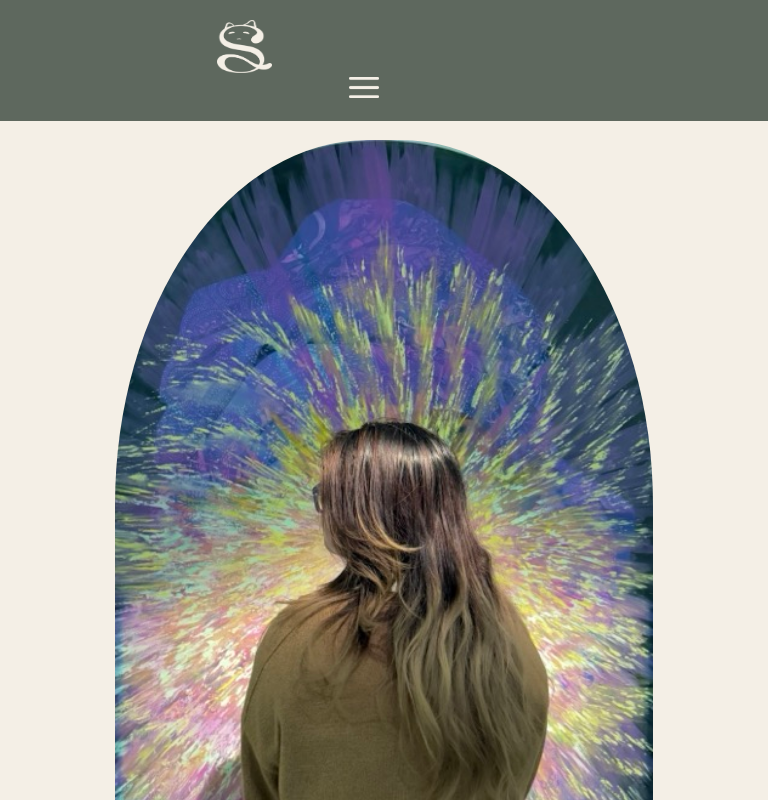
Repository: SandyLy453/portfolio
Page: /
These files come from the project's save history. The page is drawn as it stood at one moment and after the next save; the edit follows.
The browser window is 768 px wide. The pictures show the whole page.
An inner scrolling area shows only its first screen. The project was rebuilt for these pictures with package versions that can differ from the ones it lists, and the page was loaded fresh each time. The framework's server and built-in components were replaced by stand-ins that run in the browser. Also part of the build but not shown: next.config.mjs, modules/Footer/Footer.module.css, modules/Footer/Footer.js, modules/ProjectCard/ProjectCard.module.css, modules/ProjectCard/Projectcard.js.

Above is the page before, as saved 2025-02-17 17:18:45.

### pages/_app.js
import { useEffect } from "react";
import { useRouter } from "next/router";
import { Playfair_Display, Sen } from 'next/font/google';
import '../styles/globals.css';

const playfairDisplay = Playfair_Display({
  weight: ['400', '900'],
  style: ['normal', 'italic'],
  subsets: ['latin'],
});

const sen = Sen({
  weight: ['400', '700', '800'],
  subsets: ['latin'],
});

export default function App({ Component, pageProps }) {

  const router = useRouter();

  useEffect(() => {
    const handleRouteChangeComplete = (url) => {
        if (url.startsWith("/projects")) {
            window.location.reload();
        } else if (url.startsWith("/project")) {
          window.location.reload();
        }
    };

    router.events.on("routeChangeComplete", handleRouteChangeComplete);

    return () => {
        router.events.off("routeChangeComplete", handleRouteChangeComplete);
    };
}, [router]);


  return (
    <main className={`${playfairDisplay.className} ${sen.className}`}>
      <Component {...pageProps} />
    </main>
  )
}

### pages/_document.js
import { Html, Head, Main, NextScript } from "next/document";


export default function Document() {
  return (
    <Html lang="en">
      <Head>
        <title>San San's Tea Room</title>
        <link rel="icon" href="/favicon.ico" />

        <link rel="preconnect" href="https://fonts.googleapis.com" />
        <link rel="preconnect" href="https://fonts.gstatic.com" crossorigin="anonymous" />
        <link
          href="https://fonts.googleapis.com/css2?family=Playfair+Display:wght@400;900&family=Sen:wght@400;700;800&display=swap"
          rel="stylesheet"
        />
      </Head>
      <body>
        <Main />
        <NextScript />
      </body>
    </Html>
  );
}

### pages/index.js
import Image from "next/image";
import Link from "next/link";
import styles from "@/styles/Home.module.css";
import { useState, useEffect } from "react";
import Header from "@/modules/Header/Header";
import Footer from "@/modules/Footer/Footer";
import ProjectCard from "@/modules/ProjectCard/Projectcard";
import ShowCase from "@/modules/ShowCase/ShowCase";

export default function Home() {

  const projects = [
    {
      photos: ["/aether-cover.png"],
      alt: "Aether cover",
      title: "Aether",
      description: "Case Study - A AI-powered form-filling app",
      date: "September 2024 - December 2024",
      link: "/projects/Aether",
    },
    {
      photos: ["/post1.png", "/post2.png", "/post3.png"],
      alt: "Poster slides show",
      title: "Poster design",
      description:
        "Product design - Series of posters based on the anime/ manga Detective Conan.",
      date: "December 2024",
      link: "/projects/Poster",
    },
    {
      photos: ["/can1.png", "/can2.png", "/can3.png"],
      alt: "Can design slide show",
      title: "DiLo Tea Can",
      description: "Product design - Tea Can",
      date: "November 2024",
      link: "/projects/CanDesign",
    },
    {
      photos: ["/mockup2.png"],
      alt: "Magazine cover",
      title: "Magazine",
      description: "Magazine design - An architectural magazine",
      date: "November 2024",
      link: "/projects/Magazine",
    },
    {
      photos: ["/clotho.png"],
      alt: "Clotho app",
      title: "Clotho",
      description: "Clotho - A closet organize app",
      date: "March 2024 - May 2024",
      link: "/projects/Clotho",
    },
    {
      photos: ["/cam.png"],
      alt: "Camera vector graphic",
      title: "Mechanical Object Vector Graphic",
      description: "Using vector to draw mechanical objects",
      date: "December 2023",
      link: "/projects/MechanicalObject",
    },
  ];

  const [visibleProjects, setVisibleProjects] = useState(6);

  const roles = ["UX/UI Designer", "Digital Designer", "Web Developer"];
  const [text, setText] = useState("");
  const [index, setIndex] = useState(0);
  const [charIndex, setCharIndex] = useState(0);
  const [deleting, setDeleting] = useState(false);

  useEffect(() => {
    const currentRole = roles[index];

    let timeout;

    if (deleting) {
      timeout = setTimeout(() => {
        setText(currentRole.substring(0, charIndex - 1));
        setCharIndex((prev) => prev - 1);
      }, 50);
    } else {
      timeout = setTimeout(() => {
        setText(currentRole.substring(0, charIndex + 1));
        setCharIndex((prev) => prev + 1);
      }, 100);
    }

    if (!deleting && charIndex === currentRole.length) {
      setTimeout(() => setDeleting(true), 1000);
    } else if (deleting && charIndex === 0) {
      setDeleting(false);
      setIndex((prevIndex) => (prevIndex + 1) % roles.length);
    }

    return () => clearTimeout(timeout);
  }, [charIndex, deleting, index, roles]);

  return (
    <>
      <Header/>

      <main className={styles.main}>
        <div className={styles.top}>
          <div className={styles.image}>
            <Image src={'/cover.jpeg'} alt="cover photo" className={styles.coverPhoto} width={300} height={420} />
          </div>

          <div className={styles.info}>
            <p className={styles.role}>Hello!</p>
            <p className={styles.role}>I am <span className={styles.name}>Sandy</span>, a</p>
            <p className={styles.role}>
              {text}
              <span className={styles.cursor}>|</span>
            </p>
            <Image src={'/hi.GIF'} alt="greeting gif" className={styles.gif} width={294} height={129} />
          </div>
        </div>

        <ShowCase/>

        <div className={styles.sectionBreaker}>
          <span> Let's connect! </span>
        </div>

        <div className={styles.connect}>
          <Link
            className={styles.link}
            href={"mailto:sandy.lyth453@gmail.com"}
            target="_blank"
          >
            <p className={styles.connectInfo}>Email</p>
          </Link>
          <Link
            className={styles.link}
            href={"https://www.instagram.com/sansan_lyth?igsh=MThxOTR1ZTlyY3R1dw%3D%3D&utm_source=qr"}
            target="_blank"
          >
            <p className={styles.connectInfo}>Instagram</p>
          </Link>
          <Link
            className={styles.link}
            href={"https://www.linkedin.com/in/boisan-sandy-ly/"}
            target="_blank"
          >
            <p className={styles.connectInfo}>LinkedIn</p>
          </Link>
          <Link
            className={styles.link}
            href={"/Sandy_Ly_Resume.pdf"}
            target="_blank"
          >
            <p className={styles.connectInfo}>Resume</p>
          </Link>
        </div>
      </main>

      <footer className={styles.footer}>
        <p className={styles.copyright}>© Made by Sandy Ly • 2025</p>
      </footer>
    </>
  );
}

### styles/globals.css
:root {
  --mauveMorn: #ecd6d6;
  --mauveShadow: #B59BA6;
  --moss: #5E7975;
  --brightWhite: #f5f7f6;
  --white: #fff;

  --spaBlue: #D3DEDF;
  --forest: #5E685E;
  --midnight: #3D4D55;
  --stormCloud: #676767;
  --cream: #f4EFE6;
  --cloud: #FEFCF6;
}

html,
body {
  padding: 0;
  margin: 0;
  background-color: #f5f7f6;
  width: 100vw;
  height: 100vh;
  overflow-x: hidden;
  scroll-behavior: auto;

  font-family: "Playfair Display", serif;
  font-optical-sizing: auto;
  color: var(--stormCloud);
  cursor: url('/hehe.webp') 16 16, auto;
}

header {
  margin: 0;
  padding: 0;
  box-sizing: border-box;
}

* {
  margin: 0;
  padding: 0;
  box-sizing: border-box; /* Reset styles for all elements */
}

h1, h2, h3, h4, h5, span {
  font-family: "Playfair Display", serif;
}

a, button {
  cursor: url('/haha.webp') 16 16, pointer;
}

### styles/Home.module.css
.page {
  margin: 0;
  padding: 0;
}

.main {
  min-height: 100vh;
  width: 70vw;
  margin: auto;
  margin-top: 0;
  margin-top: 120px;
}

.top {
  width: 100%;
  min-height: 480px;
  background-color: var(--cream);
  align-items: center;
  display: flex;
  flex-direction: row;
  padding: 0;
  flex-wrap: wrap;
  justify-content: center;
}

.coverPhoto {
  border-radius: 47% 47% 0 0;
  margin: 0 6rem;
  position: relative;
  bottom: -30px;
}

.info {
  text-align: center;
  margin-top: 100px;
  width: 30vw;
}

.name {
  font-size: 54px;
  color: #C69491;
  font-weight: 600;
  font-family: "Playfair Display", serif;
}

.role {
  font-size: 44px;
  color: #7D9094;
  font-weight: 500;
}

.loca {
  font-size: 20px;
  color: #7D9094;
  padding-top: 10px;
}

.gif {
  position: relative;
  bottom: -36px;
}


.sectionBreaker {
  display: flex;
  align-items: center;
  justify-content: center;
  margin: 40px 0;
  position: relative;
}

.sectionBreaker::before,
.sectionBreaker::after {
  content: "";
  flex: 1;
  height: 2px;
  background: #d3d3d3;
  margin: 0;
}

.sectionBreaker span {
  color: #7D9094;
  margin: 0 10px;
  font-size: 20px;
  font-style: italic;
}

.pjSection {
  display: flex;
  flex-direction: row;
  flex-wrap: wrap;
  justify-content:space-between;
  align-items: flex-start;
  margin: 0 auto;
  margin-bottom: 50px;
  gap: 1rem;
  max-width: 1350px;
}

.connect {
  margin-bottom: 200px;
}

.link {
  text-decoration: none;
  color: var(--mauveShadow);
  width: 100%;
  font-weight: 500;
}

.link:hover {
  color: var(--forest);
  font-weight: 900;
}

.connectInfo {
  font-size: 54px;
  margin: 20px 0;
  font-family: "Playfair Display", serif;
  position: relative;
  display: inline-block;
  padding: 10px 20px;
  text-decoration: none;
  width: 100%;
  overflow: hidden;
  transition: color 0.3s ease-in-out, font-weight 0.3s ease-in-out;
  font-weight: 500;
}

/* Background gradient effect */
.connectInfo::before {
  content: "";
  position: absolute;
  top: 0;
  left: -100%;
  width: 100%;
  height: 100%;
  background: linear-gradient(to right, rgba(0, 0, 0, 0.1), rgba(0, 0, 0, 0.3));
  transition: left 0.4s ease-in-out;
  z-index: -1; /* Ensure background does not cover text */
}

/* Make background visible when hovering */
.connectInfo:hover::before,
.connectInfo:active::before {
  left: 0;
}

/* Text color and weight on hover */
.connectInfo:hover {
  color: var(--forest); /* Hover text color */
  font-weight: 900;
}

/* Arrow effect */
.connectInfo::after {
  content: " →";
  opacity: 0;
  position: absolute;
  right: 10px;
  top: 50%;
  transform: translateY(-50%);
  transition: opacity 0.3s ease-in-out, transform 0.3s ease-in-out;
  color: var(--forest); /* Match hover color */
}

/* Show arrow and move slightly right when hovering */
.connectInfo:hover::after,
.connectInfo:active::after {
  opacity: 1;
  transform: translate(8px, -50%);
}


.footer {
  margin-bottom: 20px;
}

.copyright {
  text-align: center;
  font-style: italic;
  color: var(--forest);
  width: 100%;
}





@media screen and (max-width: 1460px) {
  .pjSection {
    gap: 20px;
  }

  .main {
    width: 80vw;
  }

  .coverPhoto {
    margin: 0 1rem;
    bottom: -32px;
  }

  .info {
    margin-top: 50px;
  }

  .gif {
    bottom: -6.4rem;
  }

  .name {
    font-size: 36px;
  }

  .role {
    font-size: 20px;
  }

  .loca {
    font-size: 18px;
  }

  .pjSection {
    gap: 15px;
    justify-content: center;
  }
}



@media screen and (max-width: 768px) {
  .main {
    width: 100vw;
  }

  .coverPhoto {
    margin: 0 auto;
    bottom: -20px;
    width: 70vw;
    height: auto;
  }

  .info {
    margin-top: 50px;
    width: 90vw;
  }

  .name {
    font-size: 36px;
  }

  .role {
    font-size: 20px;
  }

  .loca {
    font-size: 18px;
  }

  .pjSection {
    gap: 15px;
    justify-content: center;
  }

  .gif {
    position: relative;
    bottom: -4px;
    margin-top: 10px;
  }
}

### modules/Header/Header.js
import Image from "next/image";
import Link from "next/link";
import styles from './Header.module.css';
import { useState, useRef } from "react";

export default function Header() {
    const audioRef = useRef(null);
    const [menuOpen, setMenuOpen] = useState(false);

    const playSound = () => {
        if (audioRef.current) {
            audioRef.current.currentTime = 0;
            audioRef.current.play().catch(error => console.log("Audio playback error:", error));
        }
    };

    return (
        <header className={`${styles.header} ${menuOpen ? styles.headerExpanded : ""}`}>
            {/* Logo */}
            <div className={styles.logo}>
                <Link href={'/'}>
                    <Image
                        src={'/logo.png'}
                        alt="logo"
                        className={styles.logo}
                        width={55}
                        height={53}
                        onMouseEnter={playSound}
                    />
                </Link>
            </div>

            <button className={styles.hamburger} onClick={() => setMenuOpen(!menuOpen)}>
                <Image
                    src={menuOpen ? "/menuOpen.png" : "/menuIcon.png"}
                    alt="Menu Toggle"
                    width={30}
                    height={21}
                />
            </button>

            <nav className={`${styles.menu} ${menuOpen ? styles.menuExpanded : ""}`}>
                <p className={styles.menuOption}><Link href={'/'} className={styles.link}>Home</Link></p>
                <p className={styles.menuOption}><Link href={'/project'} className={styles.link}>Projects</Link></p>
                <p className={styles.menuOption}><Link href={'/about'} className={styles.link}>About me</Link></p>
            </nav>

            <audio ref={audioRef} src="/cat.wav" preload="auto"></audio>
        </header>
    );
}

### modules/ShowCase/ShowCase.js
import Image from "next/image";
import { useState, useEffect, useRef } from "react";
import styles from './ShowCase.module.css';
import Link from "next/link";

export default function ShowCase() {
    const tags = ["Me", "UX/UI", "Graphic"];
    const images = {
        "Me": "/me.png",
        "UX/UI": "/uxui.png",
        "Graphic": "/3can.png",
    };
    const bigText = ["Sandy", "App Design", "Graphic Design"];
    const smallText = [
        "",
        "",
        ""
    ];
    const linkPath = ["/about", "/project", "/project"];
    const linkText = ["About Me →", "See More Project →", "See More Project →"];

    const [activeIndex, setActiveIndex] = useState(0);
    const [isFading, setIsFading] = useState(false);
    const [isPaused, setIsPaused] = useState(false);
    const intervalRef = useRef(null);

    const startLoop = () => {
        clearInterval(intervalRef.current);
        intervalRef.current = setInterval(() => {
            setIsFading(true);
            setTimeout(() => {
                setActiveIndex((prevIndex) => (prevIndex + 1) % tags.length);
                setIsFading(false);
            }, 500);
        }, 4000);
    };

    useEffect(() => {
        if (!isPaused) startLoop();
        return () => clearInterval(intervalRef.current);
    }, [isPaused]);

    const handlePause = (index) => {
        clearInterval(intervalRef.current);
        setIsPaused(true);
        setActiveIndex(index);
        setIsFading(false);
    };

    const handleResume = () => {
        setIsPaused(false);
    };

    return (
        <div className={styles.container}>
            <div className={styles.tagBox}>
                {tags.map((tag, index) => (
                    <div
                        key={tag}
                        className={`${styles.tag} ${activeIndex === index ? styles.active : ""}`}
                        onMouseEnter={() => handlePause(index)}
                        onMouseLeave={handleResume}
                        onTouchStart={() => handlePause(index)}
                        onTouchEnd={handleResume}
                    >
                        <p>{tag}</p>
                    </div>
                ))}
            </div>

            <div className={styles.right}>
                <div className={styles.photoBox}>
                    <Image
                        key={tags[activeIndex]}
                        src={images[tags[activeIndex]]}
                        alt={tags[activeIndex]}
                        width={600}
                        height={460}
                        className={`${styles.photo} ${isFading ? styles.fadeOut : styles.fadeIn}`}
                    />

                    <div className={styles.gradient}></div>
                    <div className={styles.text}>
                        <p className={styles.big}>{bigText[activeIndex]}</p>
                        <p className={styles.small}>{smallText[activeIndex]}</p>
                        <Link href={linkPath[activeIndex]} className={styles.littleLink}>
                            {linkText[activeIndex]}
                        </Link>
                    </div>
                </div>

                {/* <div className={styles.loadMoreContainer}>
                    <Link href="/project" passHref>
                        <button className={styles.loadMoreButton}>
                            More Projects
                        </button>
                    </Link>
                </div> */}
            </div>
        </div>
    );
}

### modules/Header/Header.module.css
.header {
    margin: 0 auto;
    width: 70vw;
    height: 120px;
    background-color: var(--forest);
    padding: 20px 50px;
    display: flex;
    flex-direction: row;
    justify-content: space-between;
    align-items: flex-end;
    position: fixed;
    right: 15vw;
    top: 0;
    z-index: 999;
    transition: height 0.3s ease-in-out;
}

.headerExpanded {
    height: 250px;
}

.menu {
    display: flex;
    flex-direction: row;
    gap: 50px;
    opacity: 1;
    transition: opacity 0.3s ease-in-out;
}

.menuExpanded {
    display: flex;
    flex-direction: column;
    align-items: flex-end;
    gap: 10px;
    width: 100%;
}


.menuOption {
    font-size: 20px;
    font-weight: 600;
}

.link {
    text-decoration: none;
    color: var(--cream);
    font-family: "Playfair Display", serif;
}

.link:hover {
    color: var(--midnight);
}

.hamburger {
    display: none;
    background: none;
    border: none;
    cursor: pointer;
}


@media screen and (max-width: 1460px) {
    .header {
        width: 80vw;
        right: 10vw;
    }
}

@media screen and (max-width: 768px) {
    .header {
        width: 100vw;
        right: 0;
        display: flex;
        flex-direction: column;
        align-items: center;
        justify-content: flex-start;
        height: auto;
    }

    .hamburger {
        display: block;
        position: relative;
        right: 20px;
        top: 0px;
        z-index: 10;
    }

    .menu {
        display: none;
        flex-direction: column;
        align-items: center;
        width: 100%;
        opacity: 0;
        transform: scaleY(0);
        transition: transform 0.3s ease-in-out, opacity 0.3s ease-in-out;
    }

    .menuExpanded {
        display: flex;
        opacity: 1;
        transform: scaleY(1);
    }

    .logo {
        position: relative;
        top: 0px;
        left: -70px;
    }
}

### modules/ShowCase/ShowCase.module.css
.container {
    margin: auto;
    margin-top: 50px;
    display: flex;
    flex-direction: row;
    justify-content: center;
    align-items: center;
    gap: 30px;
}

.tagBox {
    display: flex;
    justify-content: center;
    align-items: center;
    flex-direction: column;
}

.tag, .active {
    width: 100px;
    height: 100px;
    background-color: var(--cream);
    border-radius: 50%;
    display: flex;
    justify-content: center;
    align-items: center;
    margin: 10px;
    cursor: url('/haha.webp') 16 16, pointer;
    transition: background-color 0.3s ease-in-out, transform 0.2s ease-in-out;
}

.tag:hover, .active {
    background-color: var(--forest);
    transform: scale(1.05);
}

.tag p, .active p {
    color: var(--mauveShadow);
    opacity: 80%;
}

.tag:hover p, .active p {
    color: var(--mauveMorn);
    opacity: 100%;
}

.photoBox {
    width: 50vw;
    max-width: 1000px;
    aspect-ratio: 20 / 11;
    position: relative;
    display: flex;
    align-items: center;
    justify-content: center;
    overflow: hidden;
}

.photo {
    width: 100%;
    height: 100%;
    border-radius: 20px;
    object-fit: cover;
    position: absolute;
    transition: opacity 0.5s ease-in-out;
}

.fadeIn {
    opacity: 1;
}

.fadeOut {
    opacity: 0;
}

.loadMoreContainer {
    margin-top: 20px;
    display: flex;
    flex-direction: column;
    justify-content: flex-end;
    align-items: flex-end;
  }

  .loadMoreButton {
    height: 40px;
    width: 150px;
    background-color: var(--cream);
    color: var(--forest);
    border: 1px solid var(--forest);
    font-size: 18px;
    align-items: center;
    border-radius: 10px;
    margin-bottom: 50px;
  }

  .loadMoreButton:hover {
    background-color: var(--forest);
    color: var(--cream);
  }

  .gradient {
    position: absolute;
    top: 0;
    left: 0;
    width: 100%;
    height: 100%;
    background: linear-gradient(360deg, rgba(2,0,36,1) 0%, rgba(255,255,255,0) 55%);
    z-index: 2;
    pointer-events: none;
    border-radius: 20px;
}

.text {
    position: absolute;
    bottom: 0;
    right: 0;
    width: 100%;
    padding: 20px;
    color: white;
    z-index: 3;
    width: 50vw;
    max-width: 1000px;
    text-align: right;
}

.littleLink {
    text-decoration: underline;
    color: white;
    font-style: italic;
    margin: 20px 0;
}

.big {
    font-family: "Playfair Display", serif;
    font-size: 18px;
    margin: 15px 0;
    font-weight: 700;
}

.small {
    font-size: 15px;
    margin: 15px 0;
}

After the next save:
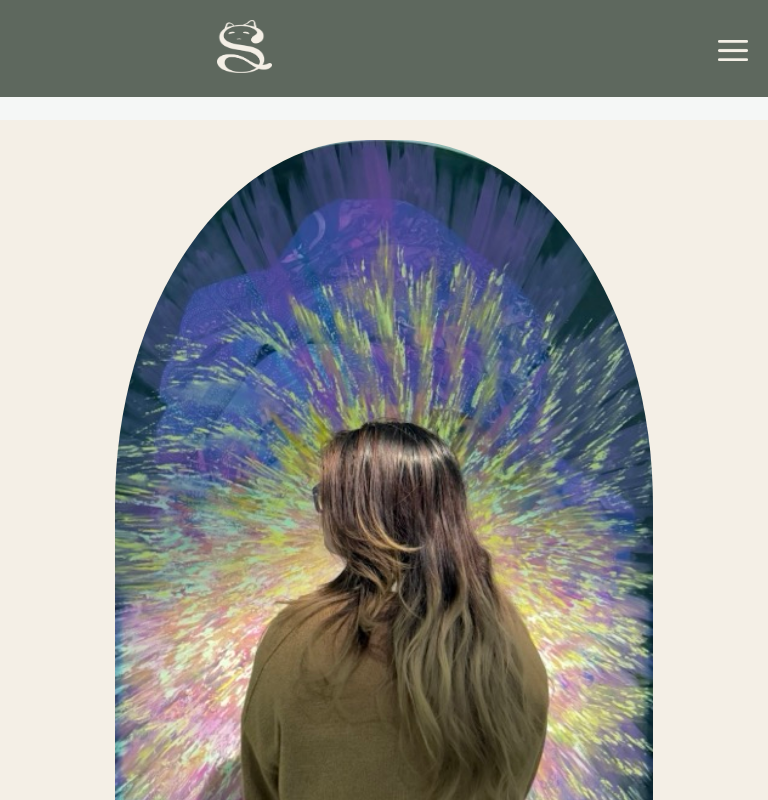
Saved 8 s later.
--- a/modules/Header/Header.module.css
+++ b/modules/Header/Header.module.css
@@ -79,9 +79,9 @@
 
     .hamburger {
         display: block;
-        position: relative;
+        position: absolute;
         right: 20px;
-        top: 0px;
+        top: 40px;
         z-index: 10;
     }
 
